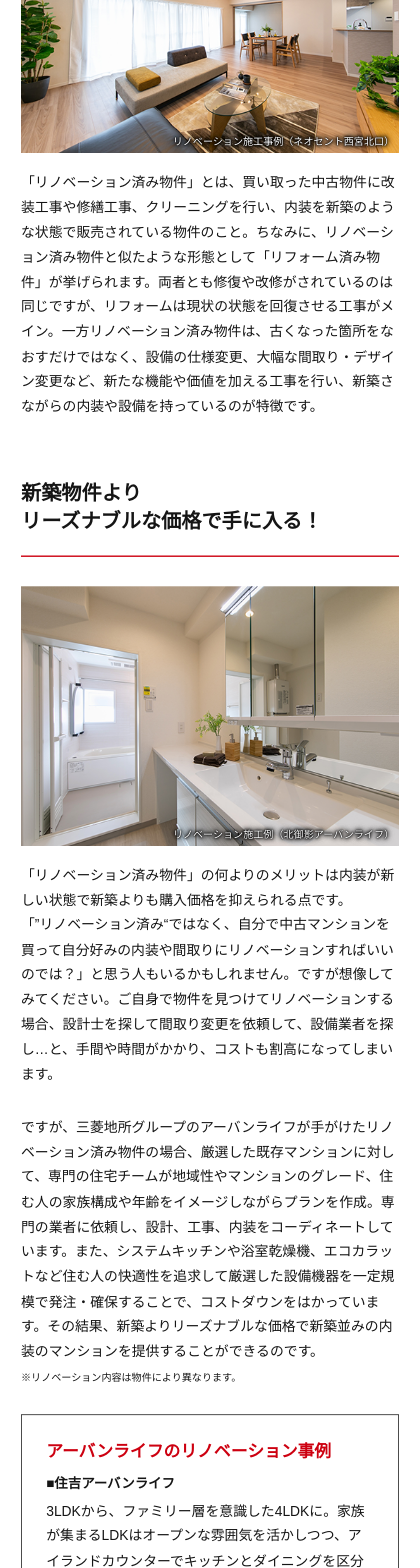
Repository: duongspm/group-kansai_new-data
Page: group-kansai_new/pickup/column07.html
The author's editor kept a copy of each file at every save. The page is drawn from the files as they stood at one save, then again after the next save.
The browser window is 600 px wide. The pictures show the part of the page from y = 1781 to 4021 px (the page is 8446 px tall before and 8663 px after), at 70% of full size.

Above is the page before, as saved 2023-07-03 12:03:49.

After the next save:
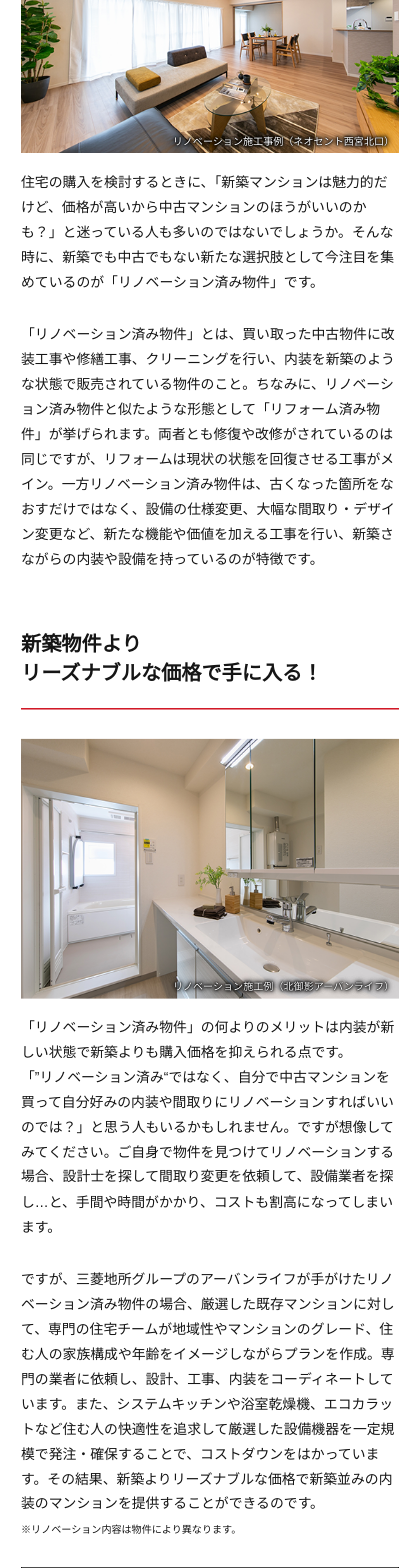
Saved 5 s later.
--- a/group-kansai_new/pickup/css/column.css
+++ b/group-kansai_new/pickup/css/column.css
@@ -296,9 +296,9 @@
         order: -2;
         display: block;
     }
-    .column07__only-pc{
+    /* .column07__only-pc{
         display: none;
-    }
+    } */
     .column07__order-1{
         order: -1;
         margin-bottom: 3rem;
